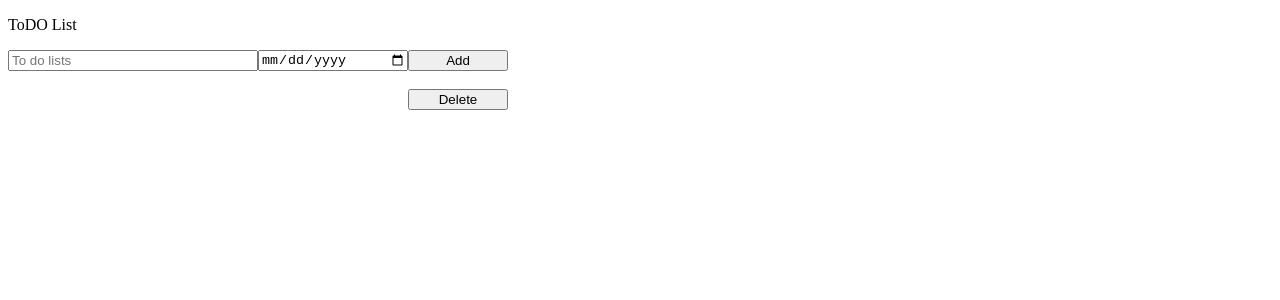
Repository: pgyunknown/ToDo-List
Page: index.html
An editor plug-in stored every save of this project. The page is shown before and after the next save, followed by the edit.
The browser window is 1280 px wide. The pictures show the whole page.

Above is the page before, as saved 2024-08-29 19:45:56.

### index.html
<!DOCTYPE html>
<html lang="en">
<head>
  <meta charset="UTF-8">
  <meta name="viewport" content="width=device-width, initial-scale=1.0">
  <link rel="stylesheet" href="index.css">
  <title>Document</title>
</head>
<body>
    <p>ToDO List</p>
  <div class="grid-body">
  <input placeholder="To do lists" class="js-name-input"><input type="date" class="js-date-b"><button onclick="addWork();">Add</button><br>
    </div>
  <div class="js-todo-list todo-grid">text</div>

  <script src="index.js"></script>
</body>
</html>

### index.css
.todo-grid{
  display: grid;
  grid-template-columns: 250px 150px 100px;
}

.grid-body{
  display: grid;
  grid-template-columns: 250px 150px 100px;
}

### index.js
const todoList=[{
  name:'',duedate:''
}
];

eventList();
function eventList(){
  let todoListHTML=' ';
  for(i=0;i<todoList.length;i++){
    const todoObj=todoList[i];
    const {name}=todoObj;
    const {duedate}=todoObj;
    const html=`
    <div >${name}</div>
    <div >${duedate}</div>
    <button onclick="todoList.splice(${i},1);
    eventList();">Delete</button>
    `;
    todoListHTML+=html;
}
console.log(todoListHTML) ;
document.querySelector('.js-todo-list').innerHTML=todoListHTML;
}
function addWork(){
  const inputElement=document.querySelector('.js-name-input');
  const name=inputElement.value;

  const dateinputElement=document.querySelector('.js-date-b');
  const duedate=dateinputElement.value;

  todoList.push({
    name:name,
    duedate:duedate
  });

  inputElement.value='';
  // console.log(todoList);
  eventList();
}

After the next save:
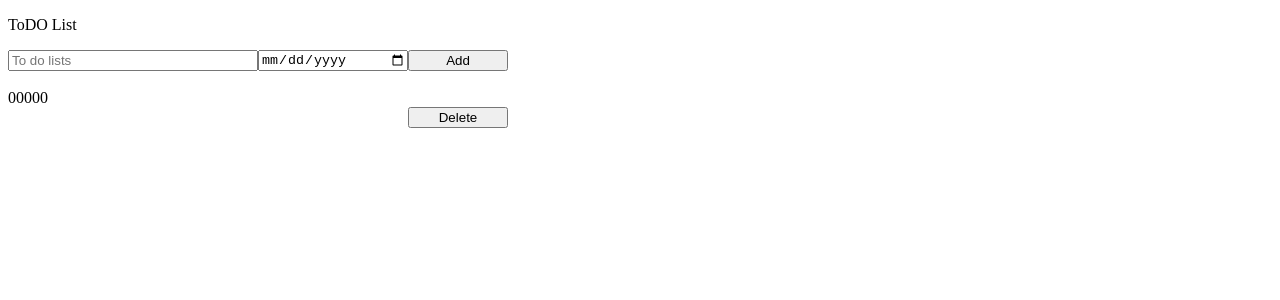
Saved 7 min 38 s later.
--- a/index.html
+++ b/index.html
@@ -10,7 +10,7 @@
     <p>ToDO List</p>
   <div class="grid-body">
   <input placeholder="To do lists" class="js-name-input"><input type="date" class="js-date-b"><button onclick="addWork();">Add</button><br>
-    </div>
+    </div>00000
   <div class="js-todo-list todo-grid">text</div>
 
   <script src="index.js"></script>
